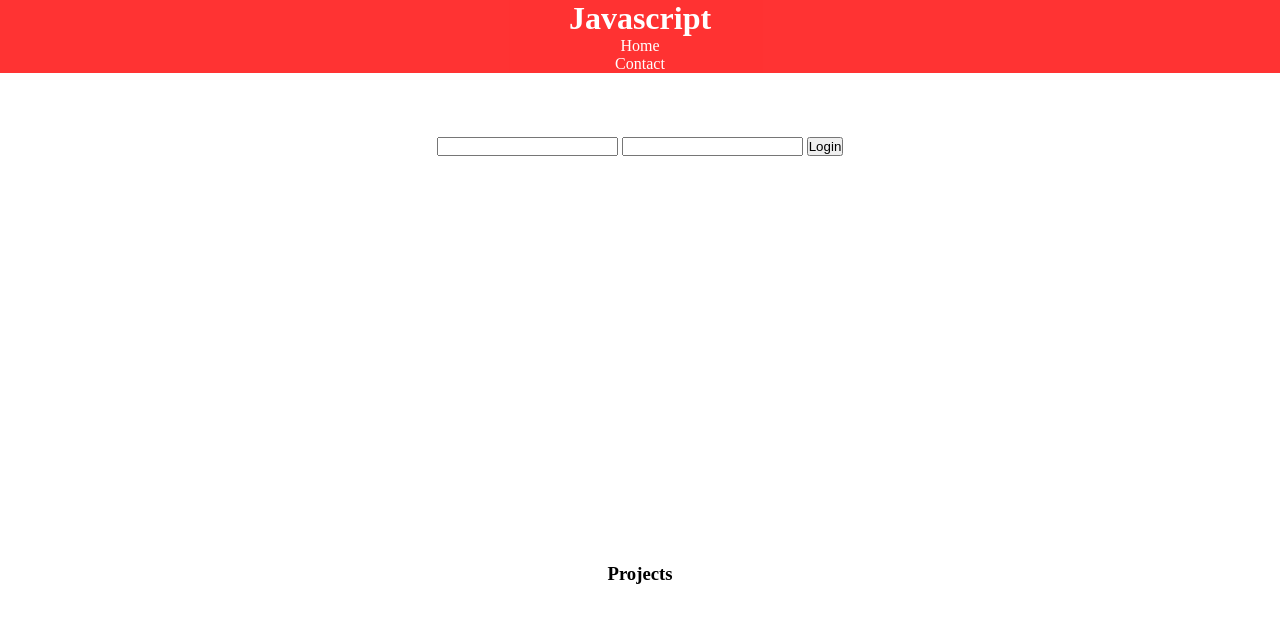
Repository: haakanerol/haakanerol
Page: Js.ass1/index.html
An editor plug-in stored every save of this project. The page is shown before and after a run of saves, followed by the edit.
The browser window is 1280 px wide. The pictures show the whole page.

Above is the page before, as saved 2024-02-25 15:55:02.

After the next 2 saves:
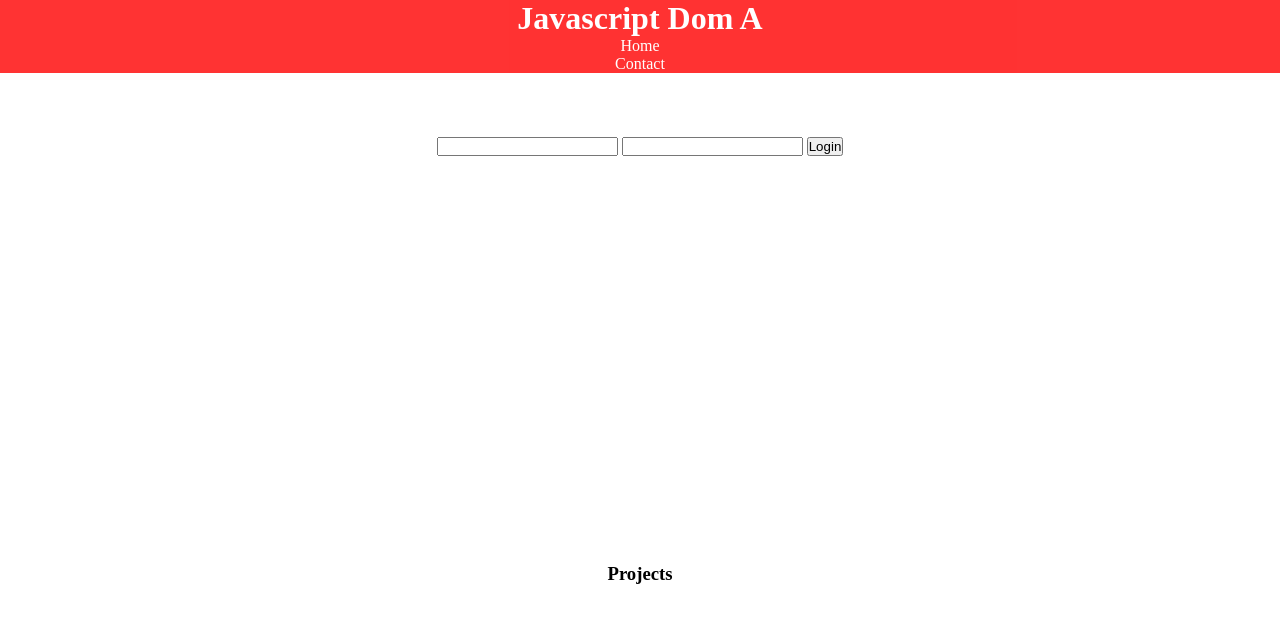
The 2 saves are shown as one change because they came seconds apart.
The last was saved 5 s later.
--- a/Js.ass1/app.js
+++ b/Js.ass1/app.js
@@ -5,4 +5,4 @@ newHeader.style.color = "white"
 newHeader.style.textAlign = "center"
 
 newTitle = document.getElementById("title")
-newTitle.textContent = "Javascript"
+newTitle.textContent = "Javascript Dom A"
